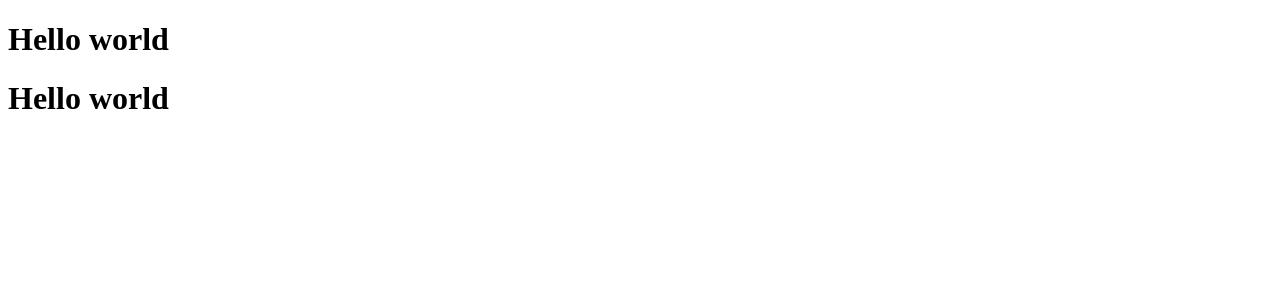
Repository: jacob-frick/AmbuTrack
Page: public/index.html
The author's editor kept a copy of each file at every save. The page is drawn from the files as they stood at one save, then again after the next save.
The browser window is 1280 px wide. The pictures show the whole page.

Above is the page before, as saved 2020-03-02 14:11:37.

### public/index.html
<!DOCTYPE html>
<html lang="en">
<head>
    <meta charset="UTF-8">
    <meta name="viewport" content="width=device-width, initial-scale=1.0">
    <title>Document</title>
</head>
<body>
    <h1>Hello world</h1>
    <h1>Hello world</h1>
</body>
</html>

After the next save:
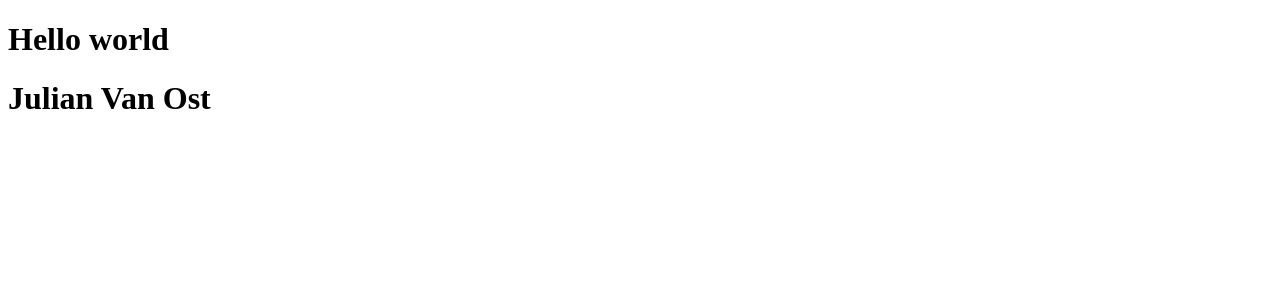
Saved 5 s later.
--- a/public/index.html
+++ b/public/index.html
@@ -7,6 +7,6 @@
 </head>
 <body>
     <h1>Hello world</h1>
-    <h1>Hello world</h1>
+    <h1>Julian Van Ost</h1>
 </body>
 </html>
